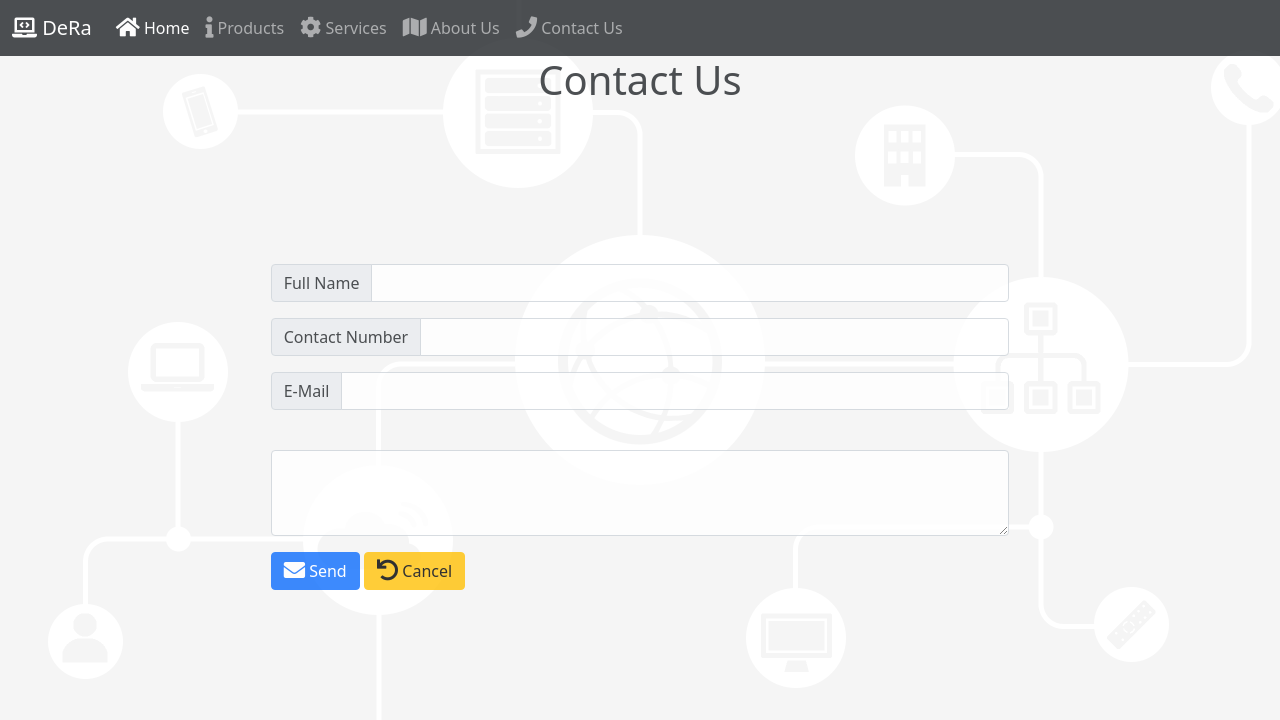
Repository: deividwsantoss/web6201-Lab1
Page: contact.html
An editor plug-in stored every save of this project. The page is shown before and after the next save, followed by the edit.
The browser window is 1280 px wide. The pictures show the whole page.

Above is the page before, as saved 2021-02-02 23:13:56.
Console error: TypeError: Cannot set properties of null (setting 'textContent')

After the next save:
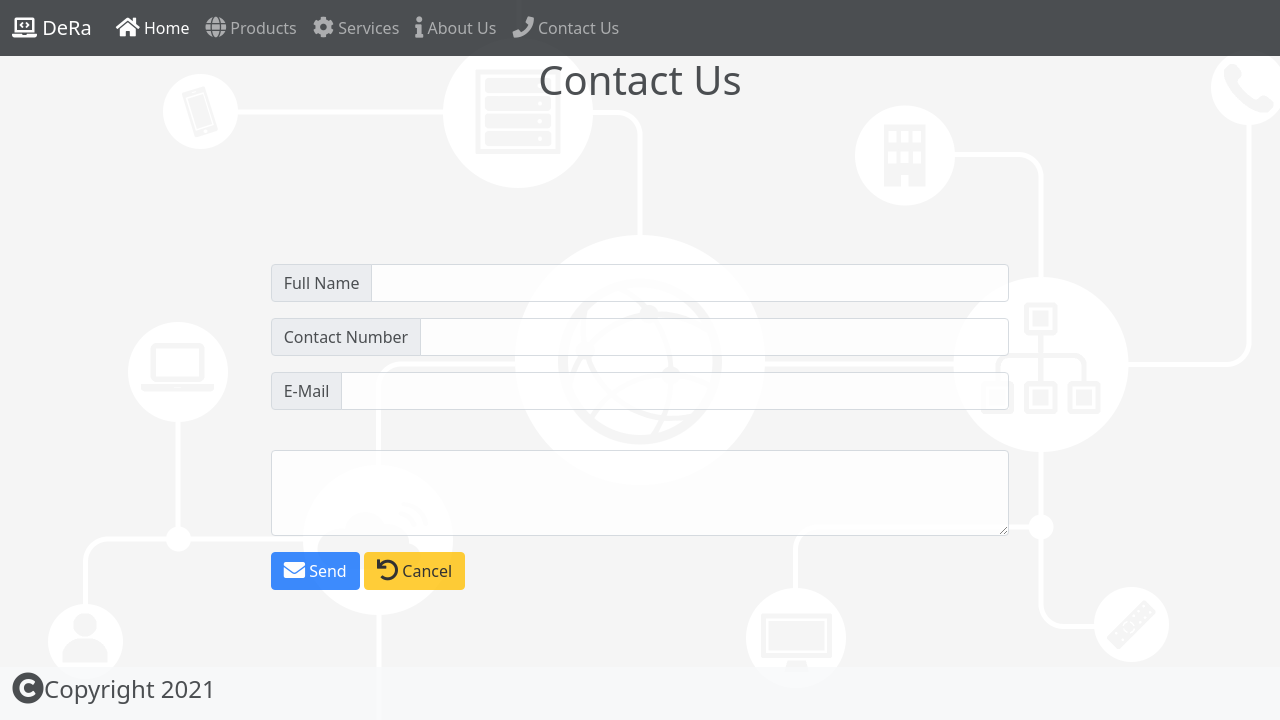
Saved 15 s later.
--- a/contact.html
+++ b/contact.html
@@ -25,13 +25,13 @@
                     <a class="nav-link active" aria-current="page" href="Index.html"><i class="fas fa-home fa-lg"></i> Home</a>
                   </li>
                   <li class="nav-item">
-                    <a class="nav-link" aria-current="page" href="products.html"><i class="fas fa-info fa-lg"></i> Products</a>
+                    <a class="nav-link" aria-current="page" href="products.html"><i class="fas fa-globe fa-lg"></i> Products</a>
                   </li>
                   <li class="nav-item">
                     <a class="nav-link" aria-current="page" href="services.html"><i class="fas fa-cog fa-lg"></i> Services</a>
                   </li>
                   <li class="nav-item">
-                    <a class="nav-link" aria-current="page" href="about.html"><i class="fas fa-map fa-lg"></i> About Us</a>
+                    <a class="nav-link" aria-current="page" href="about.html"><i class="fas fa-info fa-lg"></i> About Us</a>
                   </li>
                   <li class="nav-item">
                     <a class="nav-link" aria-current="page" href="contact.html"><i class="fas fa-phone fa-lg"></i> Contact Us</a>
@@ -70,11 +70,11 @@
 
           <div class="input-group mb-3">
             <span class="input-group-text" id="inputGroup-sizing-default">E-Mail</span>
-            <input id="emailAddress" type="email" class="form-control" aria-label="E-mail Address" aria-describedby="Email Address Input" name="contactNumber" required>
+            <input id="emailAddress" type="email" class="form-control" aria-label="E-mail Address" aria-describedby="Email Address Input" name="emailAddress" required>
           </div>
           <div class="mb-3">
             <label for="exampleFormControlTextarea1" class="form-label"></label>
-            <textarea class="form-control" id="exampleFormControlTextarea1" rows="3"></textarea>
+            <textarea class="form-control" id="exampleFormControlTextarea1" rows="3" id="shortMessage" name="shortMessage"></textarea>
           </div>
 
           <button id="sendButton" type="submit" class="btn btn-primary"><i class="fas fa-envelope fa-lg"></i>  Send</button>
@@ -82,7 +82,15 @@
         </form>
       </div>
     </main>
+<!-- Main Footer-->
+<footer>
+  <nav class="navbar fixed-bottom navbar-light bg-light">
+      <div class="container-fluid">
+          <h4><i class="fas fa-copyright fa-lg"></i>Copyright 2021 </h4>
+      </div>
+    </nav>
 
+</footer>
 
     <!--- Script Section-->
     <script src="./node_modules/jquery/dist/jquery.min.js"></script>
